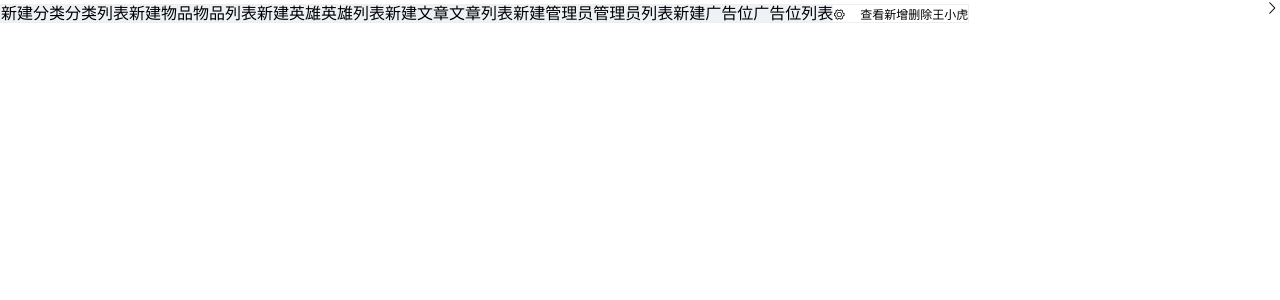
Repository: zqw980624/aaa
Page: / (app in admin/)
An editor plug-in stored every save of this project. The page is shown before and after the next save, followed by the edit.
The browser window is 1280 px wide. The pictures show the whole page.
The project was rebuilt for these pictures with package versions that can differ from the ones it lists, and the page was loaded fresh each time. Also part of the build but not shown: admin/src/views/CategoryEditor.vue, admin/src/views/CategoryList.vue, admin/src/views/ItemEditor.vue, admin/src/views/ItemList.vue, admin/src/views/HeroEditor.vue, admin/src/views/HeroList.vue, admin/src/views/ArticleEditor.vue, admin/src/views/ArticleList.vue and 4 more. Imported but missing from the stored project, and not drawn on this page: admin/src/plugins/element.js.

Above is the page before, as saved 2020-03-09 22:55:07.

### admin/src/main.js
import Vue from 'vue';
import App from './App.vue';
import './plugins/element.js'
import router from './router'

Vue.config.productionTip = false;

import http from "./http"
Vue.prototype.$http = http

new Vue({
  router,
  render: (h) => h(App)
}).$mount('#app');

### admin/src/App.vue
<template>
  <div id="app">
   <router-view></router-view>
  </div>
</template>

<style>
  html,body{
    margin: 0;
    padding: 0;
  }
</style>

### admin/src/router/index.js
import Vue from 'vue'
import VueRouter from 'vue-router'
import Main from '../views/Main.vue'
import CategoryEditor from '../views/CategoryEditor.vue'
import CategoryList from '../views/CategoryList.vue'

import ItemEditor from '../views/ItemEditor.vue'
import ItemList from '../views/ItemList.vue'

import HeroEditor from '../views/HeroEditor.vue'
import HeroList from '../views/HeroList.vue'

import ArticleEditor from '../views/ArticleEditor.vue'
import ArticleList from '../views/ArticleList.vue'

import AdsEditor from '../views/AdsEditor.vue'
import AdsList from '../views/AdsList.vue'

import AdministratorEditor from '../views/AdministratorEditor.vue'
import AdministratorList from '../views/AdministratorList.vue'
Vue.use(VueRouter)

const routes = [
  {
    path: '/',
    name: 'Main',
    component: Main,
    children:[
      {path:"category/create",component:CategoryEditor},
      {path:"category/editor/:id",component:CategoryEditor,props:true},
      {path:"category/list",component:CategoryList},

      {path:"item/create",component:ItemEditor},
      {path:"item/editor/:id",component:ItemEditor,props:true},
      {path:"item/list",component:ItemList},

      {path:"hero/create",component:HeroEditor},
      {path:"hero/editor/:id",component:HeroEditor,props:true},
      {path:"hero/list",component:HeroList},

      {path:"article/create",component:ArticleEditor},
      {path:"article/editor/:id",component:ArticleEditor,props:true},
      {path:"article/list",component:ArticleList},

      {path:"ad/create",component:AdsEditor},
      {path:"ad/editor/:id",component:AdsEditor,props:true},
      {path:"ad/list",component:AdsList},

      {path:"administrator/create",component:AdministratorEditor},
      {path:"administrator/editor/:id",component:AdministratorEditor,props:true},
      {path:"administrator/list",component:AdministratorList},


    ]
  }
]

const router = new VueRouter({
  mode: 'history',
  base: process.env.BASE_URL,
  routes
})

export default router

### admin/src/http.js
import axios from "axios";

const http = axios.create({
    baseURL:"http://localhost:3000/admin/api"
})

export default http

### admin/src/views/Main.vue

<template>
  <el-container style="height: 100vh; border: 1px solid #eee">
    <el-aside width="200px" style="background-color: rgb(238, 241, 246)">
      <el-menu
        router
        :default-active="$route.path"
        :default-openeds="['1']"
        unique-opened
        background-color="#404040"
        text-color="#aaa"
        active-text-color="#ff4238"
        :collapse="isCollapse"
      >
       <i  class="el-icon-arrow-right toggle" @click="toggle"></i>
        <!-- <el-radio-group v-model="isCollapse" style="margin-bottom: 20px;">
          <el-radio-button :label="false">展开</el-radio-button>
          <el-radio-button :label="true">收起</el-radio-button>
        </el-radio-group> -->
        <el-submenu index="1">
          <template slot="title">
            <i class="el-icon-message"></i>
            <span slot="title">内容管理</span>
          </template>
          <el-menu-item-group>
            <template slot="title">分类</template>
            <el-menu-item index="/category/create">新建分类</el-menu-item>
            <el-menu-item index="/category/list">分类列表</el-menu-item>
          </el-menu-item-group>
          <el-menu-item-group>
            <template slot="title">物品</template>
            <el-menu-item index="/item/create">新建物品</el-menu-item>
            <el-menu-item index="/item/list">物品列表</el-menu-item>
          </el-menu-item-group>
        </el-submenu>

        <el-submenu index="2">
          <template slot="title">
            <i class="el-icon-message"></i>
            <span slot="title">系统管理</span>
          </template>
          <el-menu-item-group>
            <template slot="title">英雄</template>
            <el-menu-item index="/hero/create">新建英雄</el-menu-item>
            <el-menu-item index="/hero/list">英雄列表</el-menu-item>
          </el-menu-item-group>
          <el-menu-item-group>
            <template slot="title">文章</template>
            <el-menu-item index="/article/create">新建文章</el-menu-item>
            <el-menu-item index="/article/list">文章列表</el-menu-item>
          </el-menu-item-group>
        </el-submenu>

        <el-submenu index="3">
         <template slot="title">
            <i class="el-icon-message"></i>
            <span slot="title">管理员管理</span>
          </template>
          <el-menu-item-group>
            <template slot="title">管理员</template>
            <el-menu-item index="/administrator/create">新建管理员</el-menu-item>
            <el-menu-item index="/administrator/list">管理员列表</el-menu-item>
          </el-menu-item-group>
          <el-menu-item-group>
            <template slot="title">广告位</template>
            <el-menu-item index="/ad/create">新建广告位</el-menu-item>
            <el-menu-item index="/ad/list">广告位列表</el-menu-item>
          </el-menu-item-group>
        </el-submenu>
      </el-menu>
    </el-aside>

    <el-container>
      <el-header style="text-align: right; font-size: 12px">
        <el-dropdown>
          <i class="el-icon-setting" style="margin-right: 15px"></i>
          <el-dropdown-menu slot="dropdown">
            <el-dropdown-item>查看</el-dropdown-item>
            <el-dropdown-item>新增</el-dropdown-item>
            <el-dropdown-item>删除</el-dropdown-item>
          </el-dropdown-menu>
        </el-dropdown>
        <span>王小虎</span>
      </el-header>

      <el-main>
        <router-view></router-view>
      </el-main>
    </el-container>
  </el-container>
</template>
<script>
export default {
  data() {
    return {
      isCollapse: true
    };
  },
  methods: {
    toggle(){

    }
  }
};
</script>
<style>
.toggle{

  float: right;
}
.el-header {
  background-color: #b3c0d1;
  color: #333;
  line-height: 60px;
}

.el-aside {
  color: #333;
}
</style>

Loaded but not shown: admin/public/index.html (common file)

After the next save:
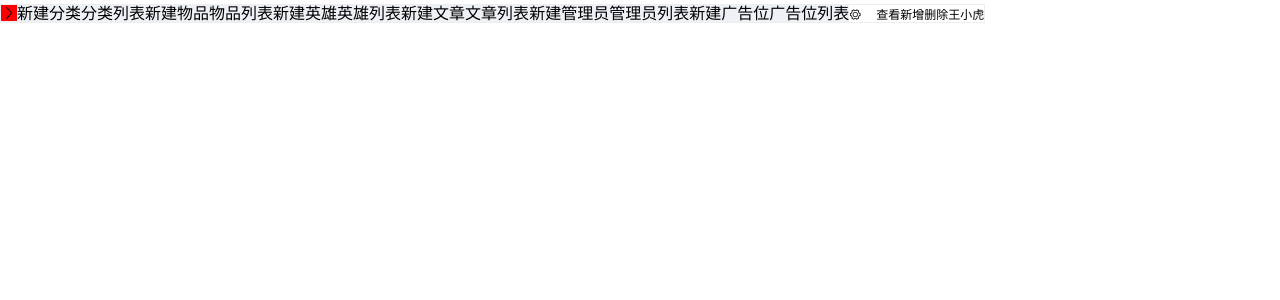
Saved 7 s later.
--- a/admin/src/views/Main.vue
+++ b/admin/src/views/Main.vue
@@ -105,8 +105,8 @@
 </script>
 <style>
 .toggle{
+  background: red;
 
-  float: right;
 }
 .el-header {
   background-color: #b3c0d1;

After the 3 saves that followed:
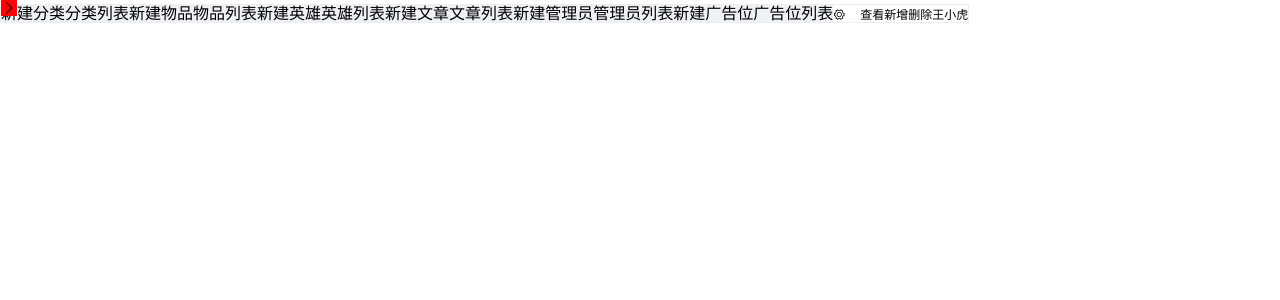
The 3 saves are shown as one change because 2 left the picture as it was.
The last was saved 76 s later.
--- a/admin/src/views/Main.vue
+++ b/admin/src/views/Main.vue
@@ -98,13 +98,17 @@
   },
   methods: {
     toggle(){
-
+      this.isCollapse = !this.isCollapse;
     }
   }
 };
 </script>
 <style>
+.el-aside{
+  position: relative;
+}
 .toggle{
+  position: absolute;
   background: red;
 
 }
